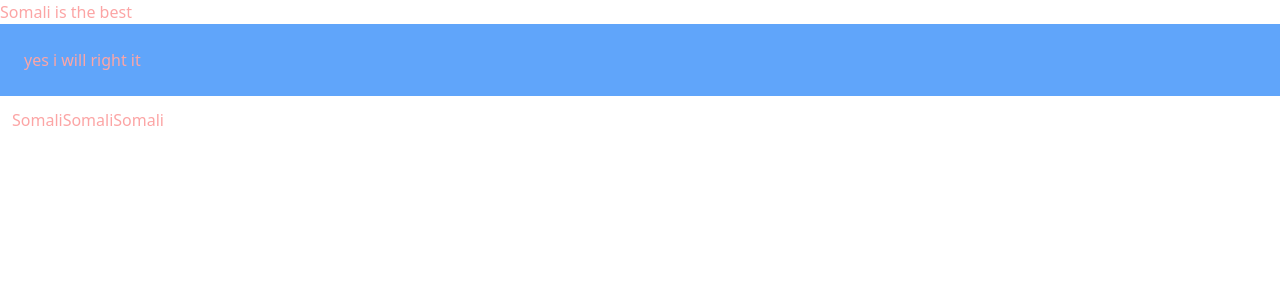
Repository: Abdulahi338/TailwindCss-exercise
Page: index.html
These files come from the project's save history. The page is drawn as it stood at one moment and after a run of saves; the edit follows.
The browser window is 1280 px wide. The pictures show the whole page.
Some web libraries are served in a nearby version.

Above is the page before, as saved 2025-06-05 01:30:29.

After the next 5 saves:
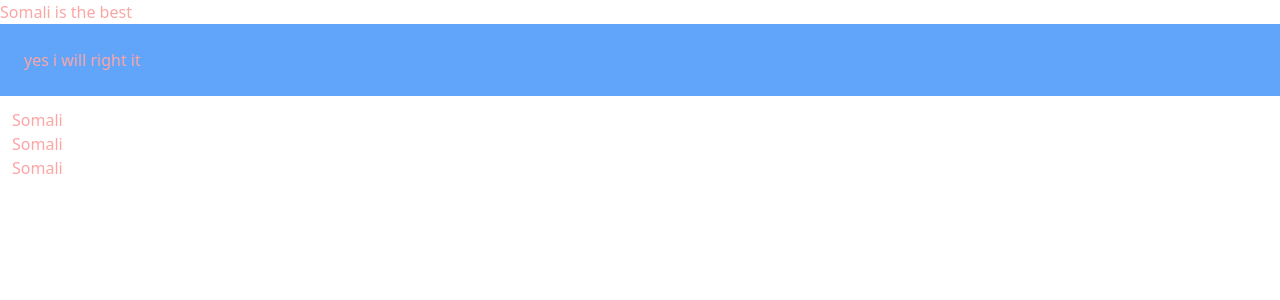
The 5 saves are shown as one change because they came seconds apart.
The last was saved 26 s later.
--- a/index.html
+++ b/index.html
@@ -16,7 +16,7 @@
 
     </div>
 
-    <div class="flex initial-scale bg p-3 text-red-300
+    <div class="flex initial-scale flex-col bg p-3 text-red-300
     ">
     <div>Somali</div>
     <div>Somali</div>
